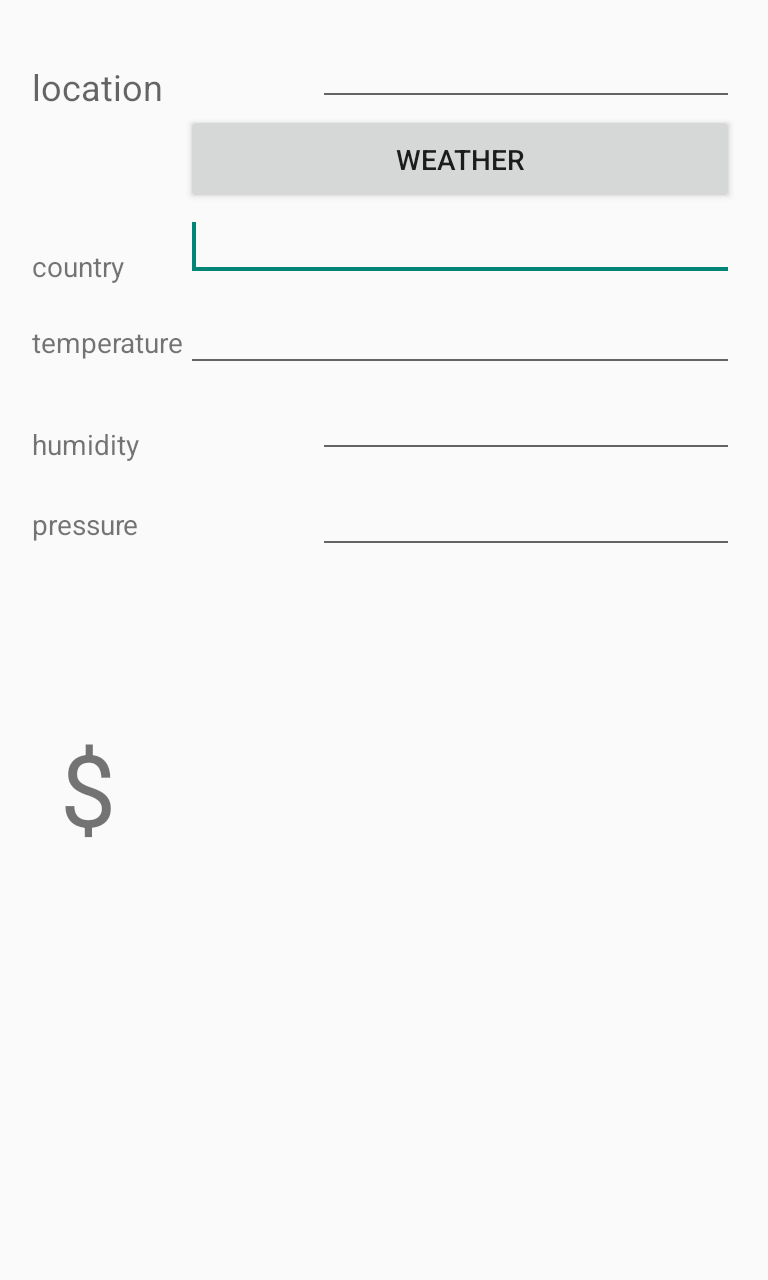
Repository: vipinvkamara/Database
Layout: Parser/res/layout/activity_main.xml
An editor plug-in stored every save of this project. The layout is shown before and after the next save, followed by the edit.
It is drawn on a 768 x 1280 px phone screen (xhdpi) without system bars, with theme AppTheme; the app's code is not run.

Above is the layout before, as saved 2015-02-13 04:41:44.

After the next save:
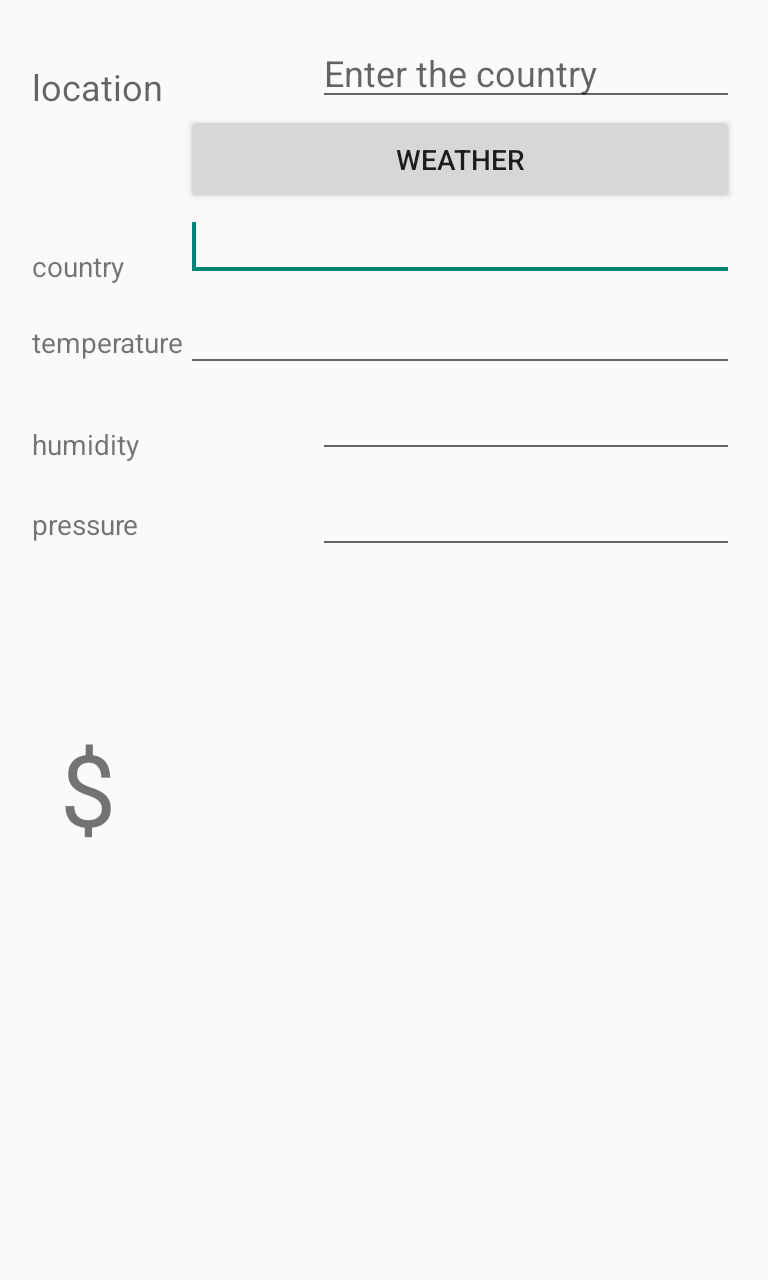
Saved 30 s later.
--- a/Parser/res/layout/activity_main.xml
+++ b/Parser/res/layout/activity_main.xml
@@ -22,6 +22,7 @@
         android:id="@+id/editText1"
         android:layout_width="wrap_content"
         android:layout_height="wrap_content"
+        android:hint="Enter the country"
         android:layout_alignBottom="@+id/textView1"
         android:layout_alignParentRight="true"
         android:ems="10" />
